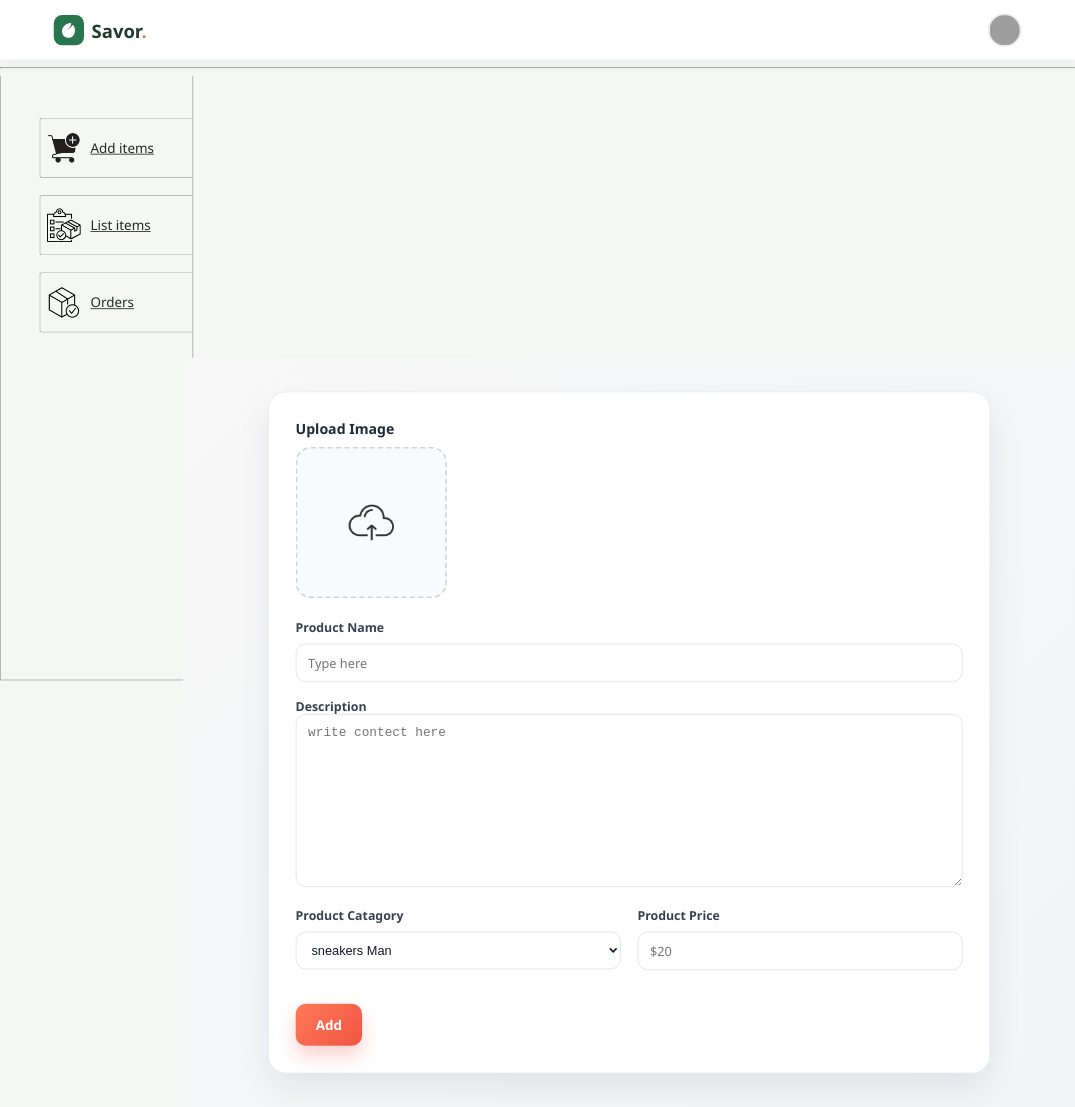
Repository: prince44991/Ecommerce-Project-Full-Stack
Page: /Additem (app in admin/my-react-app/)
An editor plug-in stored every save of this project. The page is shown before and after the next save, followed by the edit.
The browser window is 1280 px wide. The pictures show the whole page, at 84% of full size.
Pictures or frames that could not be fetched are drawn as grey boxes. The project was rebuilt for these pictures with package versions that can differ from the ones it lists, and the page was loaded fresh each time. Also part of the build but not shown: admin/my-react-app/vite.config.js, admin/my-react-app/src/pages/Order/Order.jsx, admin/my-react-app/src/pages/List/List.jsx.

Above is the page before, as saved 2026-09-29 21:19:26.

After the next save:
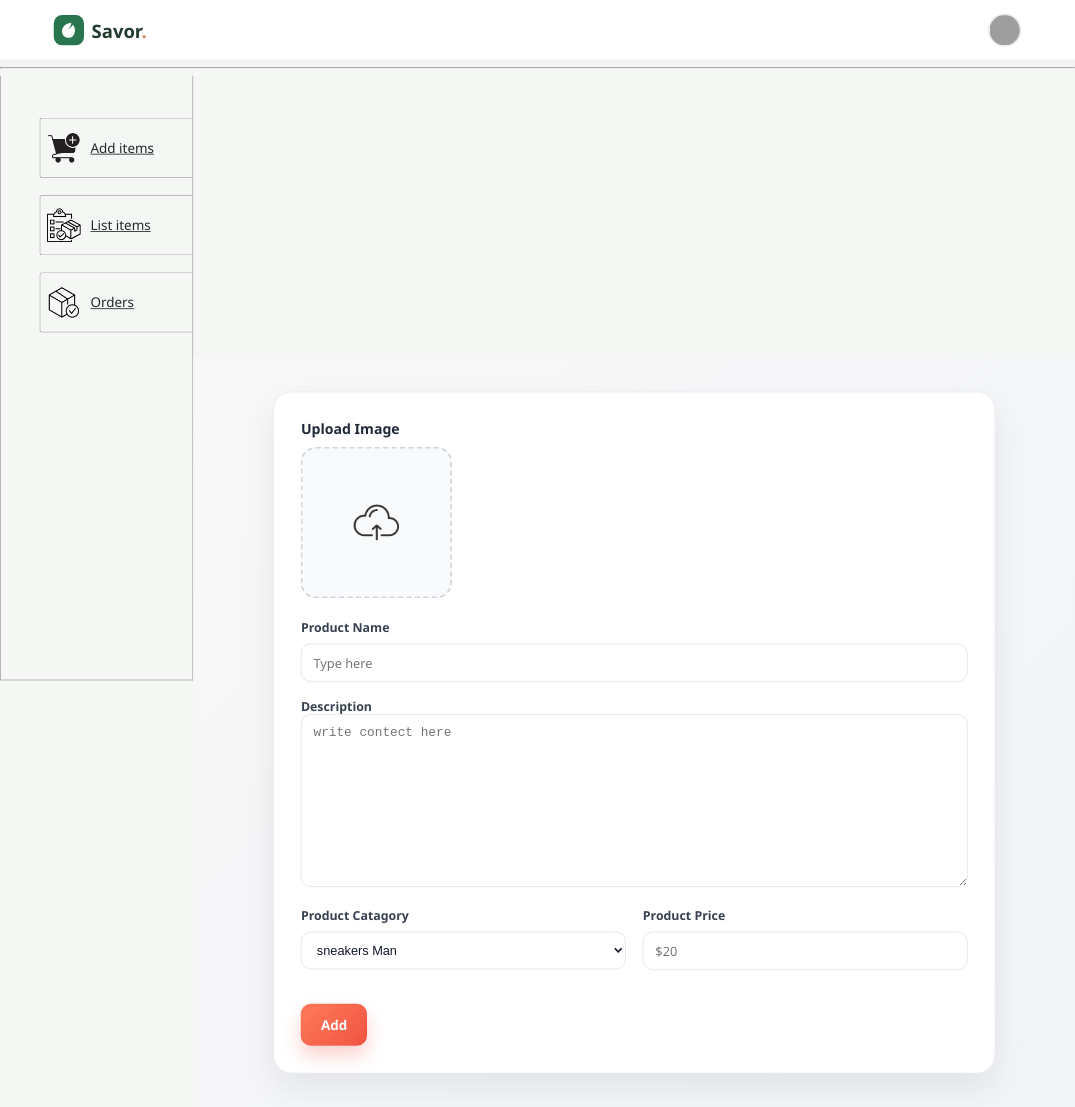
Saved 5 s later.
--- a/admin/my-react-app/src/pages/Add/Add.css
+++ b/admin/my-react-app/src/pages/Add/Add.css
@@ -6,7 +6,7 @@
   background: linear-gradient(135deg, #f8f8f8 0%, #f2f4f8 100%);
   min-height: calc(100vh - 80px);
   margin-top:-30vw;
-  margin-left: 17vw;
+  margin-left: 18vw;
 }
 
 .add form {
